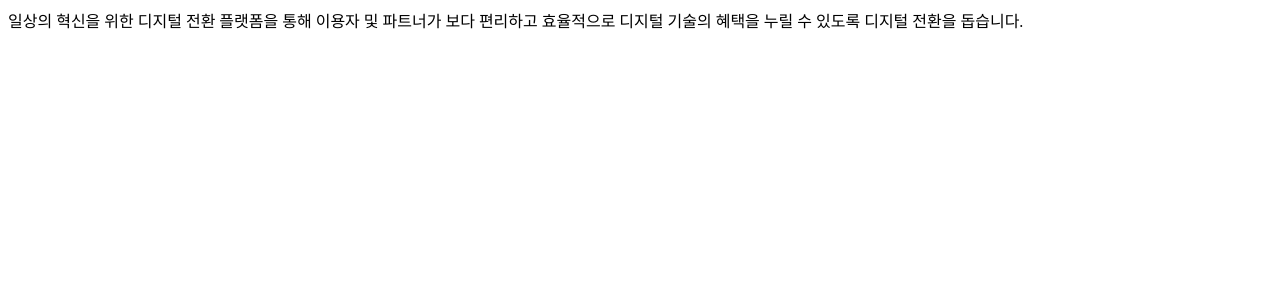
Repository: guswnsdldl/gb
Page: html workspace/a_intro/src/main/webapp/format01.html
An editor plug-in stored every save of this project. The page is shown before and after the next save, followed by the edit.
The browser window is 1280 px wide. The pictures show the whole page.

Above is the page before, as saved 2024-08-05 06:19:09.

After the next save:
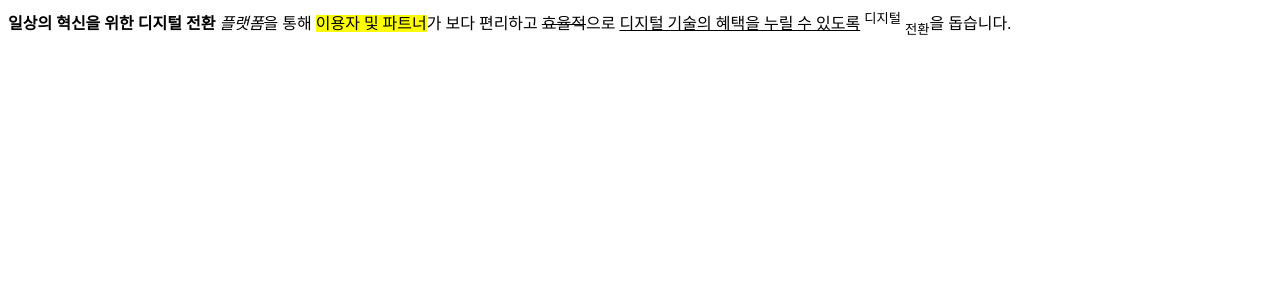
Saved 13 min 33 s later.
--- a/html workspace/a_intro/src/main/webapp/format01.html
+++ b/html workspace/a_intro/src/main/webapp/format01.html
@@ -27,8 +27,8 @@
 <title>서식 태그</title>
 </head>
 <body>
-	일상의 혁신을 위한 디지털 전환
-	플랫폼을 통해 이용자 및 파트너가 보다 편리하고 효율적으로
-	디지털 기술의 혜택을 누릴 수 있도록 디지털 전환을 돕습니다.
+   <strong>일상의 혁신을 위한 디지털 전환</strong>
+   <em>플랫폼</em>을 통해 <mark>이용자 및 파트너</mark>가 보다 편리하고 <del>효율적</del>으로
+   <ins>디지털 기술의 혜택을 누릴 수 있도록</ins> <sup>디지털</sup> <sub>전환</sub>을 돕습니다.
 </body>
 </html>
